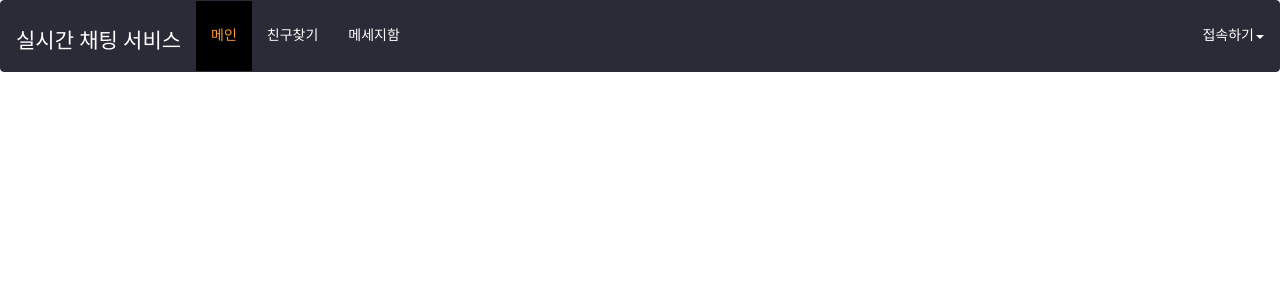
Repository: kkoseunghyun/javaAjaxChat
Page: http://localhost/UserChat/
The author's editor kept a copy of each file at every save. The page is drawn from the files as they stood at one save, then again after the next save.
The browser window is 1280 px wide. The pictures show the whole page.
Some web fonts or font styles are not loaded; a fallback is used. Some web libraries are served in a nearby version. The page is served by Tomcat 9.

Above is the page before, as saved 2019-05-31 01:56:18.

After the next save:
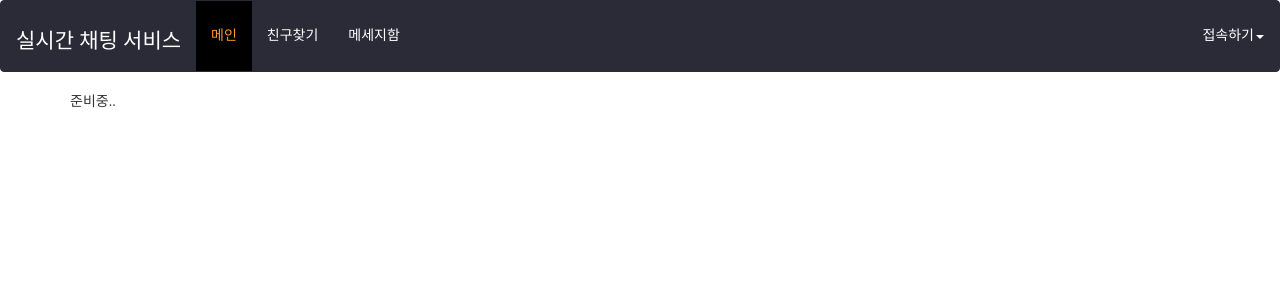
Saved 2 min 43 s later.
--- a/JspAjax/UserChat/WebContent/index.jsp
+++ b/JspAjax/UserChat/WebContent/index.jsp
@@ -95,7 +95,9 @@
 			%>
 		</div>
 	</nav>
-
+	<div class="container">
+		<p>준비중..</p>
+	</div>
 	<%
 		/*
 			UserRegisterServlet.java, UserLoginServlet에서 session.setAttribute로 정의한
